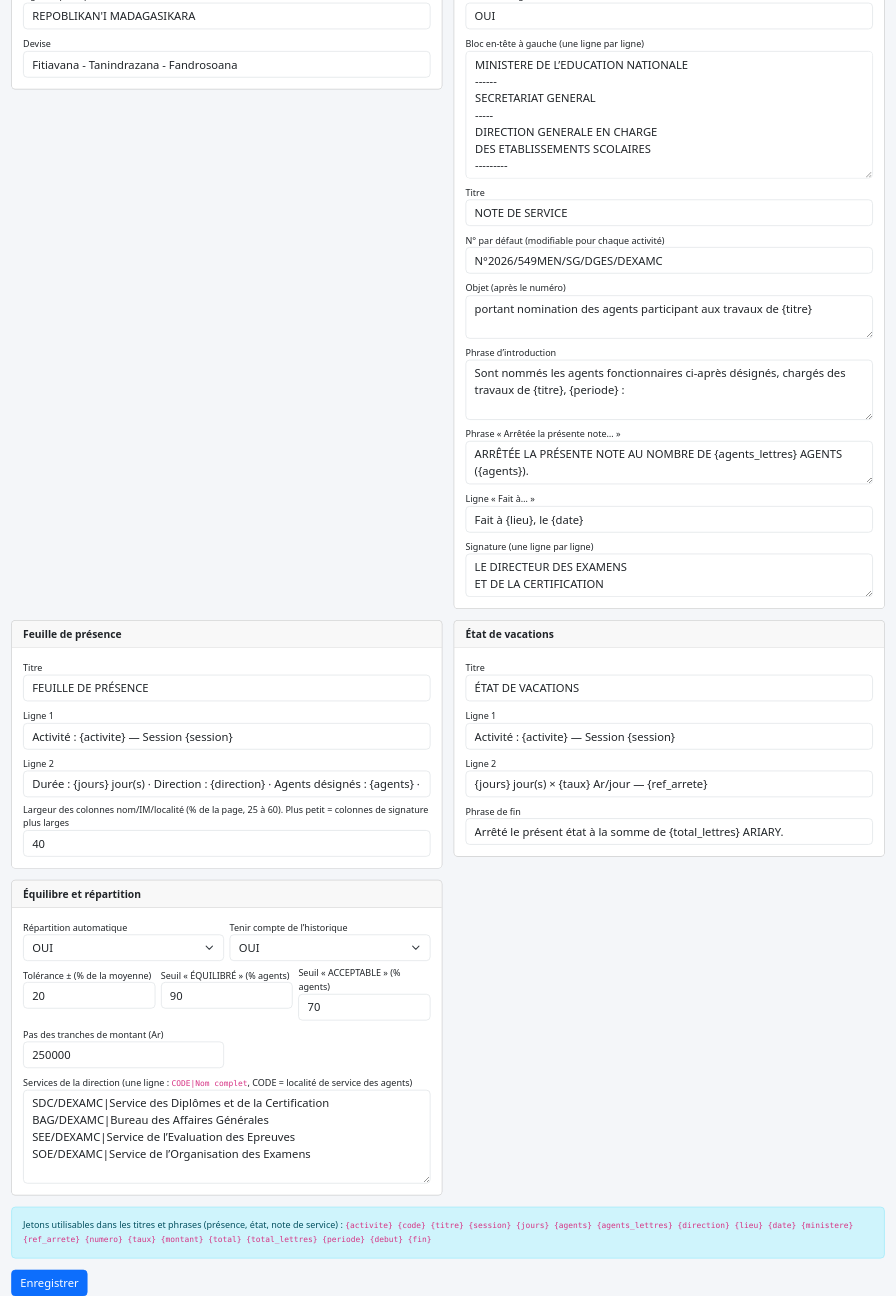
Repository: Mikandry/vacation
Page: http://localhost/parametres
These files come from the project's save history. The page is drawn as it stood at one moment and after a run of saves; the edit follows.
The browser window is 1280 px wide. The pictures show the part of the page from y = 947 to 2867 px (the page is 2799 px tall before and 2867 px after), at 70% of full size.
The page is served by the project's Laravel application, run on PHP 8.4 with Laravel 12. Other server files are loaded and not shown. Queries for data that is not in the repository find no rows.

Above is the page before, as saved 2026-10-19 16:12:15.

### routes/web.php
<?php
use App\Http\Controllers\{ActivityController, AgentController, ConflictController, DashboardController, DistributionController, DocumentController, ExceptionController, ManualController, SettingController, VisaController};
use Illuminate\Support\Facades\Route;

// Pour protéger l'application : installer Laravel Breeze puis remplacer [] par ['auth'].
Route::middleware([])->group(function () {
    Route::get('/', [DashboardController::class, 'index'])->name('dashboard');

    Route::get('/repartition', [DistributionController::class, 'index'])->name('distribution.index');
    Route::post('/repartition/run', [DistributionController::class, 'run'])->name('distribution.run');
    Route::post('/repartition/redraw', [DistributionController::class, 'redraw'])->name('distribution.redraw');
    Route::post('/repartition/archive', [DistributionController::class, 'archive'])->name('distribution.archive');
    Route::get('/repartition/recap.{format}', [DistributionController::class, 'recap'])->name('distribution.recap');

    Route::resource('activities', ActivityController::class)->except('show');

    Route::get('/agents/import', [AgentController::class, 'importForm'])->name('agents.import.form');
    Route::post('/agents/import', [AgentController::class, 'import'])->name('agents.import');
    Route::get('/agents/export', [AgentController::class, 'export'])->name('agents.export');
    Route::resource('agents', AgentController::class)->except('show');

    Route::get('/exceptions', [ExceptionController::class, 'index'])->name('exceptions.index');
    Route::post('/exceptions', [ExceptionController::class, 'set'])->name('exceptions.set');

    Route::get('/parametres', [SettingController::class, 'index'])->name('settings.index');
    Route::post('/parametres', [SettingController::class, 'update'])->name('settings.update');
    Route::get('/visas', [VisaController::class, 'index'])->name('visas.index');
    Route::post('/visas', [VisaController::class, 'update'])->name('visas.update');

    Route::get('/documents', [DocumentController::class, 'index'])->name('documents.index');
    Route::get('/documents/{activity}/{type}/{format}', [DocumentController::class, 'export'])->name('documents.export');
    Route::get('/choix', [ManualController::class, 'matrix'])->name('choix.matrix');
Route::post('/choix/toggle', [ManualController::class, 'toggle'])->name('choix.toggle');
Route::post('/choix/appliquer', [ManualController::class, 'apply'])->name('choix.apply');
Route::get('/choix/{activity}', [ManualController::class, 'show'])->name('choix.show');
Route::post('/choix/{activity}', [ManualController::class, 'save'])->name('choix.save');
Route::post('/choix/{activity}/externe', [ManualController::class, 'addExternal'])->name('choix.external');
Route::post('/choix/{activity}/auto', [ManualController::class, 'auto'])->name('choix.auto');

        Route::get('/conflits', [ConflictController::class, 'index'])->name('conflicts.index');
    Route::post('/conflits/resoudre', [ConflictController::class, 'resolve'])->name('conflicts.resolve');
    Route::post('/conflits/ignorer', [ConflictController::class, 'waive'])->name('conflicts.waive');
    Route::delete('/conflits/ignorer/{waiver}', [ConflictController::class, 'unwaive'])->name('conflicts.unwaive');

    });

### app/Http/Controllers/SettingController.php
<?php
namespace App\Http\Controllers;

use App\Models\Setting;
use Illuminate\Http\Request;

class SettingController extends Controller
{
    public function index() { return view('settings', ['s' => Setting::all_()]); }
    public function update(Request $r)
    {
        $r->validate(['tolerance' => 'required|numeric|min:0|max:100', 'threshold_ok' => 'required|numeric|min:0|max:100', 'threshold_acc' => 'required|numeric|min:0|max:100',
            'band_step' => 'required|integer|min:1000', 'auto' => 'required|in:OUI,NON', 'use_history' => 'required|in:OUI,NON']);
        Setting::put($r->only(array_keys(Setting::DEFAULTS)));
        return redirect()->route('settings.index')->with('ok', 'Paramètres enregistrés. Relancez la répartition si nécessaire.');
    }
}

### app/Http/Controllers/Controller.php
<?php
namespace App\Http\Controllers;

abstract class Controller {}

### app/Models/Setting.php
<?php
namespace App\Models;
use Illuminate\Database\Eloquent\Model;

class Setting extends Model
{
    protected $primaryKey = 'key';
    public $incrementing = false;
    protected $keyType = 'string';
    public $timestamps = false;
    protected $fillable = ['key', 'value'];

    public const DEFAULTS = [
        'direction' => 'DEXAMC',
        'session' => '2026',
        'ministry' => "MINISTERE DE L’EDUCATION NATIONALE",
        'decision_number' => '          -2026/MEN',
        'place' => 'Antananarivo',
        'decision_date' => '',
        'authority' => "LE MINISTRE DE L’EDUCATION NATIONALE,",
        'signatory' => "Le Ministre de l’Education Nationale",
        'ref_arrete' => "l’Arrêté Interministériel N°16166/2025 du 19 juin 2025",
        'budget_mission' => '812',
        'budget_indicator' => '314',
        'budget_section' => '00.81.0. E43.00000',
        'budget_account' => '6031',
        'budget_ordsec' => '00.812.2.00000',
        'auto' => 'OUI',          // répartition automatique
        'use_history' => 'OUI',   // tenir compte de l'historique
        'tolerance' => '20',      // % autour de la moyenne
        'threshold_ok' => '90',   // % d'agents dans la tolérance => ÉQUILIBRÉ
        'threshold_acc' => '70',  // => ACCEPTABLE
        'band_step' => '250000',
                'show_flag' => 'OUI',
        'republic' => "REPOBLIKAN'I MADAGASIKARA",
        'motto' => 'Fitiavana - Tanindrazana - Fandrosoana',
        'presence_title' => 'FEUILLE DE PRÉSENCE',
        'presence_line1' => 'Activité : {activite} — Session {session}',
        'presence_line2' => 'Durée : {jours} jour(s) · Direction : {direction} · Agents désignés : {agents} · Lieu : {lieu}',
        'presence_id_width' => '40',
        'etat_title' => 'ÉTAT DE VACATIONS',
        'etat_line1' => 'Activité : {activite} — Session {session}',
        'etat_line2' => '{jours} jour(s) × {taux} Ar/jour — {ref_arrete}',
        'etat_footer' => 'Arrêté le présent état à la somme de {total_lettres} ARIARY.',
                'note_font' => 'Book Antiqua',
        'note_show_logo' => 'OUI',
        'note_header_left' => "MINISTERE DE L’EDUCATION NATIONALE\n------\nSECRETARIAT GENERAL\n-----\nDIRECTION GENERALE EN CHARGE\nDES ETABLISSEMENTS SCOLAIRES\n---------\nDIRECTION DES EXAMENS\nET DE LA CERTIFICATION\n------",
        'note_title' => 'NOTE DE SERVICE',
        'note_number' => 'N°2026/549MEN/SG/DGES/DEXAMC',
        'note_subject' => 'portant nomination des agents participant aux travaux de {titre}',
        'note_intro' => 'Sont nommés les agents fonctionnaires ci-après désignés, chargés des travaux de {titre}, {periode} :',
        'note_closing' => 'ARRÊTÉE LA PRÉSENTE NOTE AU NOMBRE DE {agents_lettres} AGENTS ({agents}).',
        'note_place_date' => 'Fait à {lieu}, le {date}',
        'note_signature' => "LE DIRECTEUR DES EXAMENS\nET DE LA CERTIFICATION",
        'avoid_overlap' => 'OUI',   // la répartition automatique évite les chevauchements de dates
        'services' => "SDC/DEXAMC|Service des Diplômes et de la Certification\nBAG/DEXAMC|Bureau des Affaires Générales\nSEE/DEXAMC|Service de l’Evaluation des Epreuves\nSOE/DEXAMC|Service de l’Organisation des Examens",
    ];

    public static function all_(): array
    {
        return array_merge(self::DEFAULTS, static::query()->pluck('value', 'key')->map(fn($v) => (string)$v)->all());
    }
    public static function put(array $values): void
    {
        foreach ($values as $k => $v) {
            if (array_key_exists($k, self::DEFAULTS)) static::updateOrCreate(['key' => $k], ['value' => (string)$v]);
        }
    }
}

### resources/views/settings.blade.php
@extends('layouts.app')
@section('title','Paramètres')
@php
 $multi=['note_header_left'=>7,'note_signature'=>2,'note_intro'=>3,'note_subject'=>2,'note_closing'=>2];
 $groups=[
  'Décision'=>[['direction','Direction'],['session','Session (année)'],['ministry','En-tête (ministère)'],['decision_number','N° de la décision'],['place','Lieu de signature'],['decision_date','Date de la décision (texte libre, ex. 15 octobre 2026)'],['authority','Autorité (ligne après l’en-tête)'],['signatory','Titre du signataire'],['ref_arrete','Référence de l’arrêté fixant les taux (Article 2)']],
  'Ligne budgétaire (Article 2)'=>[['budget_mission','Mission'],['budget_indicator','Indicateur d’objectif'],['budget_section','Section'],['budget_account','Compte'],['budget_ordsec','Code ORDSEC']],
  'En-tête de la décision (drapeau)'=>[['show_flag','Afficher le drapeau (OUI ou NON)'],['republic','Ligne République'],['motto','Devise']],
  'Note de service'=>[['note_font','Police (Word)'],['note_show_logo','Afficher le logo (OUI ou NON)'],['note_header_left','Bloc en-tête à gauche (une ligne par ligne)'],['note_title','Titre'],['note_number','N° par défaut (modifiable pour chaque activité)'],['note_subject','Objet (après le numéro)'],['note_intro','Phrase d’introduction'],['note_closing','Phrase « Arrêtée la présente note… »'],['note_place_date','Ligne « Fait à… »'],['note_signature','Signature (une ligne par ligne)']],
  'Feuille de présence'=>[['presence_title','Titre'],['presence_line1','Ligne 1'],['presence_line2','Ligne 2'],['presence_id_width','Largeur des colonnes nom/IM/localité (% de la page, 25 à 60). Plus petit = colonnes de signature plus larges']],
  'État de vacations'=>[['etat_title','Titre'],['etat_line1','Ligne 1'],['etat_line2','Ligne 2'],['etat_footer','Phrase de fin']],
 ];
@endphp
@section('content')
<h4>Paramètres</h4>
<form method="post" action="{{ route('settings.update') }}" class="row g-3">
 @csrf
 @foreach($groups as $title=>$fields)
  <div class="col-lg-6"><div class="card"><div class="card-header fw-bold">{{ $title }}</div><div class="card-body row g-2">
   @foreach($fields as [$k,$l])
    <div class="col-12"><label class="form-label mb-0 small">{{ $l }}</label>
     @if(isset($multi[$k]))<textarea name="{{ $k }}" rows="{{ $multi[$k] }}" class="form-control">{{ old($k,$s[$k]) }}</textarea>
     @else<input name="{{ $k }}" class="form-control" value="{{ old($k,$s[$k]) }}">@endif
    </div>
   @endforeach
  </div></div></div>
 @endforeach
 <div class="col-lg-6"><div class="card"><div class="card-header fw-bold">Équilibre et répartition</div><div class="card-body row g-2">
  <div class="col-md-6"><label class="form-label mb-0 small">Répartition automatique</label><select name="auto" class="form-select">@foreach(['OUI','NON'] as $v)<option @selected($s['auto']==$v)>{{ $v }}</option>@endforeach</select></div>
  <div class="col-md-6"><label class="form-label mb-0 small">Tenir compte de l’historique</label><select name="use_history" class="form-select">@foreach(['OUI','NON'] as $v)<option @selected($s['use_history']==$v)>{{ $v }}</option>@endforeach</select></div>
  <div class="col-md-4"><label class="form-label mb-0 small">Tolérance ± (% de la moyenne)</label><input type="number" step="0.1" name="tolerance" class="form-control" value="{{ old('tolerance',$s['tolerance']) }}"></div>
  <div class="col-md-4"><label class="form-label mb-0 small">Seuil « ÉQUILIBRÉ » (% agents)</label><input type="number" name="threshold_ok" class="form-control" value="{{ old('threshold_ok',$s['threshold_ok']) }}"></div>
  <div class="col-md-4"><label class="form-label mb-0 small">Seuil « ACCEPTABLE » (% agents)</label><input type="number" name="threshold_acc" class="form-control" value="{{ old('threshold_acc',$s['threshold_acc']) }}"></div>
  <div class="col-md-6"><label class="form-label mb-0 small">Pas des tranches de montant (Ar)</label><input type="number" name="band_step" class="form-control" value="{{ old('band_step',$s['band_step']) }}"></div>
  <div class="col-12"><label class="form-label mb-0 small">Services de la direction (une ligne : <code>CODE|Nom complet</code>, CODE = localité de service des agents)</label><textarea name="services" rows="5" class="form-control">{{ old('services',$s['services']) }}</textarea></div>
 </div></div></div>
 <div class="col-12"><div class="alert alert-info small mb-0">Jetons utilisables dans les titres et phrases (présence, état, note de service) :
  <code>{activite} {code} {titre} {session} {jours} {agents} {agents_lettres} {direction} {lieu} {date} {ministere} {ref_arrete} {numero} {taux} {montant} {total} {total_lettres} {periode} {debut} {fin}</code></div></div>
 <div class="col-12"><button class="btn btn-primary">Enregistrer</button></div>
</form>
@endsection

### resources/views/layouts/app.blade.php
<!doctype html>
<html lang="fr">
<head>
<meta charset="utf-8"><meta name="viewport" content="width=device-width, initial-scale=1">
<meta name="csrf-token" content="{{ csrf_token() }}">
<title>@yield('title', 'Répartition des agents')</title>
<head><link rel="icon" type="image/svg+xml" href="{{ asset('favicon.svg') }}"> </head>
{{-- <link rel="icon" type="image/png" href="{{ asset('logo.png') }}">. --}}

<link href="https://cdn.jsdelivr.net/npm/bootstrap@5.3.3/dist/css/bootstrap.min.css" rel="stylesheet">
<style>
 body{background:#f4f6f9;font-size:.92rem} .kpi{background:#fff;border-radius:.6rem;padding:.8rem 1rem;box-shadow:0 1px 3px rgba(0,0,0,.08)}
 .kpi .v{font-size:1.5rem;font-weight:700;color:#1f3a5f} .kpi .l{font-size:.75rem;color:#666;text-transform:uppercase}
 .table-sm td,.table-sm th{vertical-align:middle} .dot{display:inline-block;width:.9rem;height:.9rem;border-radius:50%;background:#1976d2}
 .st-Équilibré{background:#c8e6c9}.st-Sur-chargé{background:#ffcdd2}.st-Sous-chargé{background:#ffe0b2}.st-Externe{background:#e1f5fe}.st-Indisponible{background:#eee;color:#777}
 .sticky th{position:sticky;top:0;background:#1f3a5f;color:#fff;z-index:2}
</style>
</head>
<body>
<nav class="navbar navbar-expand-lg navbar-dark bg-dark mb-3">
 <div class="container-fluid">
  <a class="navbar-brand" href="{{ route('dashboard') }}">Répartition {{ \App\Models\Setting::all_()['direction'] }}</a>
  <div class="navbar-nav flex-row flex-wrap gap-3">
   <a class="nav-link" href="{{ route('dashboard') }}">Tableau de bord</a>
   <a class="nav-link" href="{{ route('distribution.index') }}">Répartition</a>
   <a class="nav-link" href="{{ route('choix.matrix') }}">Choix manuel</a>
   <a class="nav-link" href="{{ route('activities.index') }}">Activités</a>
   <a class="nav-link" href="{{ route('agents.index') }}">Agents</a>
   <a class="nav-link" href="{{ route('exceptions.index') }}">Exceptions</a>
   <a class="nav-link" href="{{ route('documents.index') }}">Documents</a>
   <a class="nav-link" href="{{ route('visas.index') }}">Visas</a>
   <a class="nav-link" href="{{ route('settings.index') }}">Paramètres</a>
  </div>
 </div>
</nav>
<div class="container-fluid px-3">
 @if(session('ok'))<div class="alert alert-success">{{ session('ok') }}</div>@endif
 @if($errors->any())<div class="alert alert-danger"><ul class="mb-0">@foreach($errors->all() as $e)<li>{{ $e }}</li>@endforeach</ul></div>@endif
 @yield('content')
</div>
@stack('scripts')
</body>
</html>

After the next 2 saves:
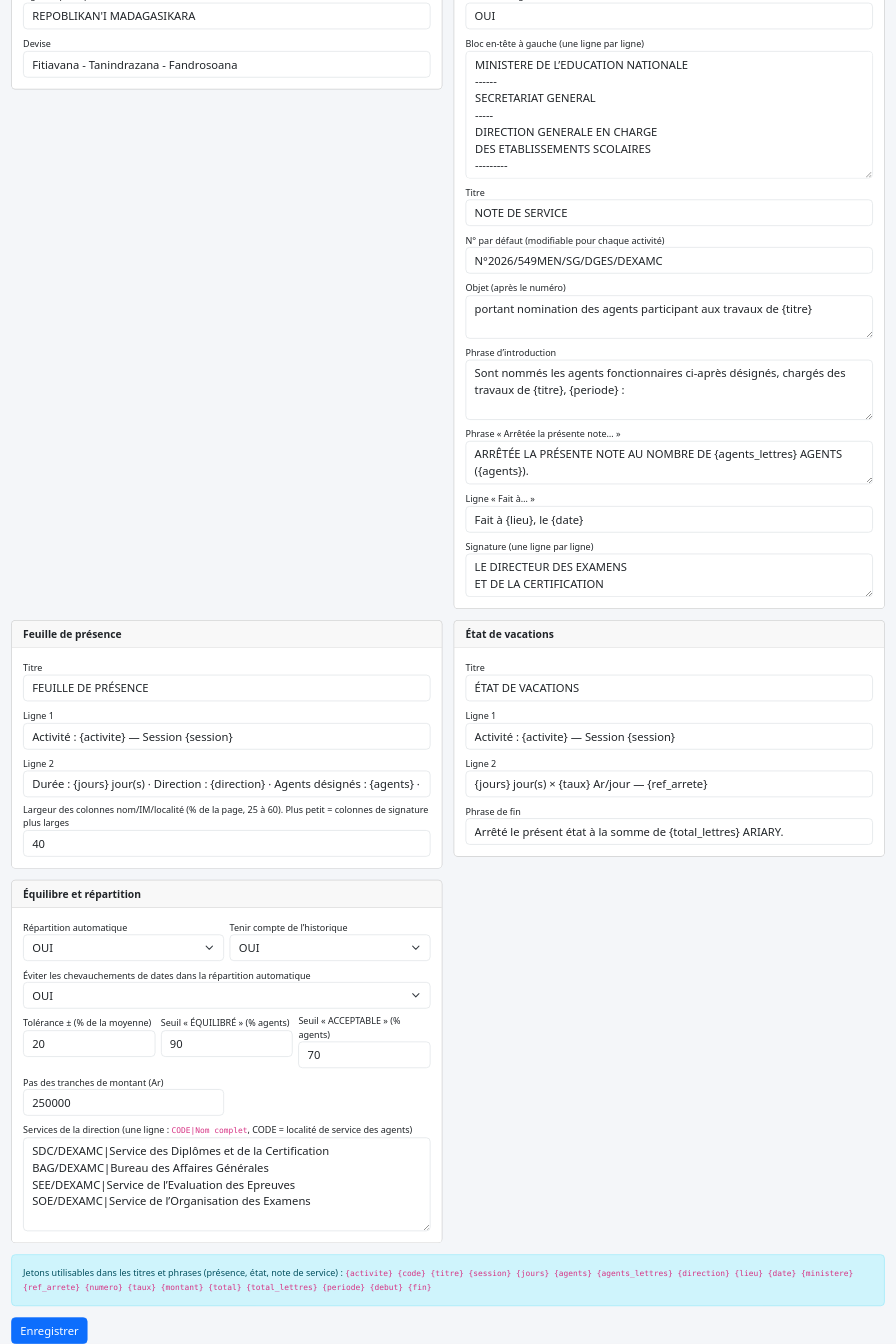
The 2 saves are shown as one change because they came seconds apart.
The last was saved 42 s later.
--- a/resources/views/settings.blade.php
+++ b/resources/views/settings.blade.php
@@ -28,6 +28,7 @@
  <div class="col-lg-6"><div class="card"><div class="card-header fw-bold">Équilibre et répartition</div><div class="card-body row g-2">
   <div class="col-md-6"><label class="form-label mb-0 small">Répartition automatique</label><select name="auto" class="form-select">@foreach(['OUI','NON'] as $v)<option @selected($s['auto']==$v)>{{ $v }}</option>@endforeach</select></div>
   <div class="col-md-6"><label class="form-label mb-0 small">Tenir compte de l’historique</label><select name="use_history" class="form-select">@foreach(['OUI','NON'] as $v)<option @selected($s['use_history']==$v)>{{ $v }}</option>@endforeach</select></div>
+    <div class="col-md-12"><label class="form-label mb-0 small">Éviter les chevauchements de dates dans la répartition automatique</label><select name="avoid_overlap" class="form-select">@foreach(['OUI','NON'] as $v)<option @selected(($s['avoid_overlap'] ?? 'OUI')==$v)>{{ $v }}</option>@endforeach</select></div>
   <div class="col-md-4"><label class="form-label mb-0 small">Tolérance ± (% de la moyenne)</label><input type="number" step="0.1" name="tolerance" class="form-control" value="{{ old('tolerance',$s['tolerance']) }}"></div>
   <div class="col-md-4"><label class="form-label mb-0 small">Seuil « ÉQUILIBRÉ » (% agents)</label><input type="number" name="threshold_ok" class="form-control" value="{{ old('threshold_ok',$s['threshold_ok']) }}"></div>
   <div class="col-md-4"><label class="form-label mb-0 small">Seuil « ACCEPTABLE » (% agents)</label><input type="number" name="threshold_acc" class="form-control" value="{{ old('threshold_acc',$s['threshold_acc']) }}"></div>
